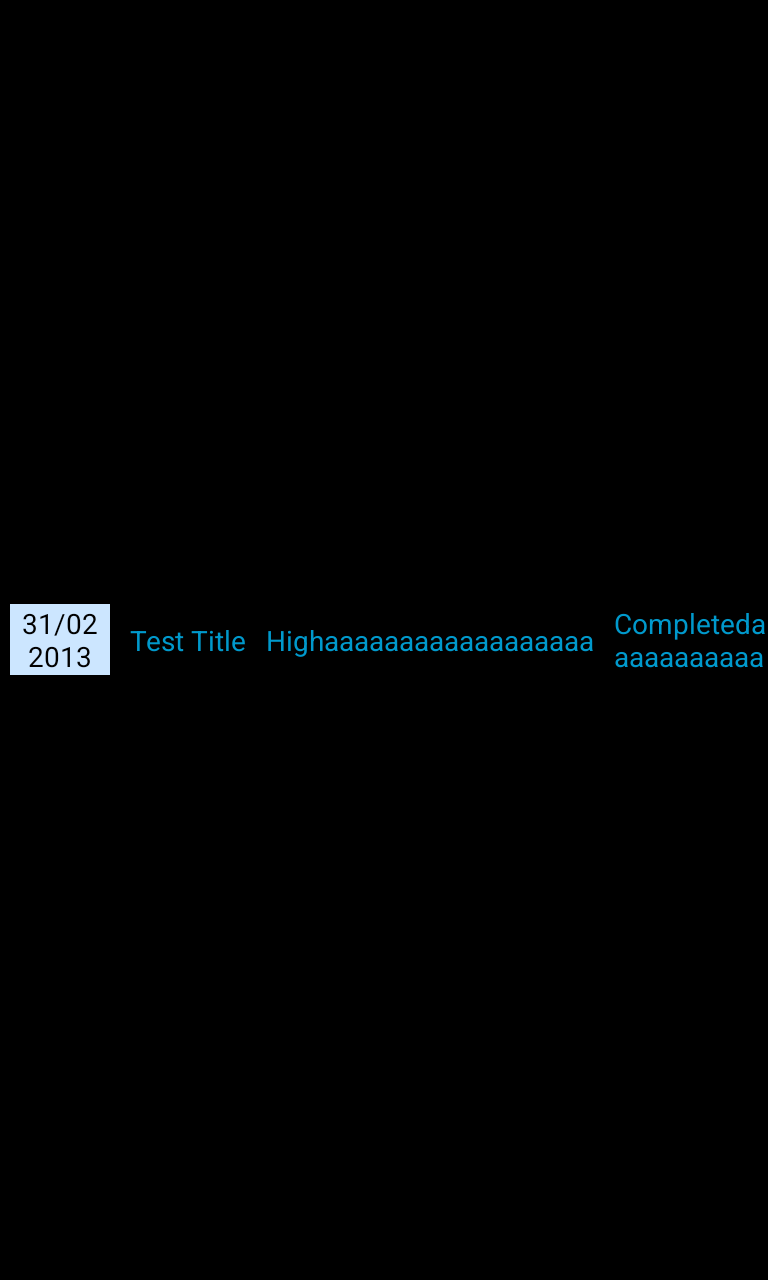
Repository: titango/androidass1
Layout: uTask/res/layout/task_list_item.xml
An editor plug-in stored every save of this project. The layout is shown before and after the next save, followed by the edit.
It is drawn on a 768 x 1280 px phone screen (xhdpi) without system bars, with theme NoActionBar; the app's code is not run.

Above is the layout before, as saved 2013-03-31 23:40:14.

After the next save:
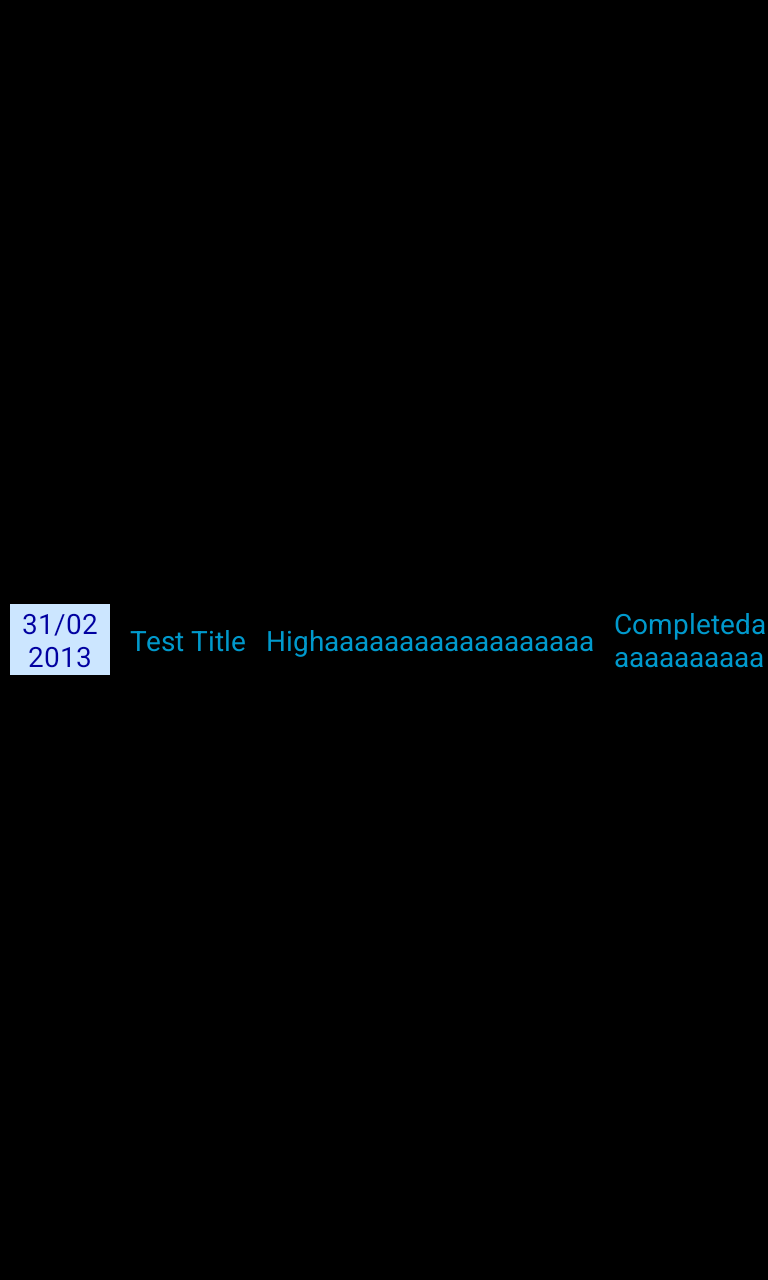
Saved 21 s later.
--- a/uTask/res/layout/task_list_item.xml
+++ b/uTask/res/layout/task_list_item.xml
@@ -14,7 +14,7 @@
         android:background="@color/lightblue"
         android:gravity="center"
         android:text="31/02 2013"
-        android:textColor="@color/black" >
+        android:textColor="@color/darkblue" >
     </TextView>
 
     <TextView
